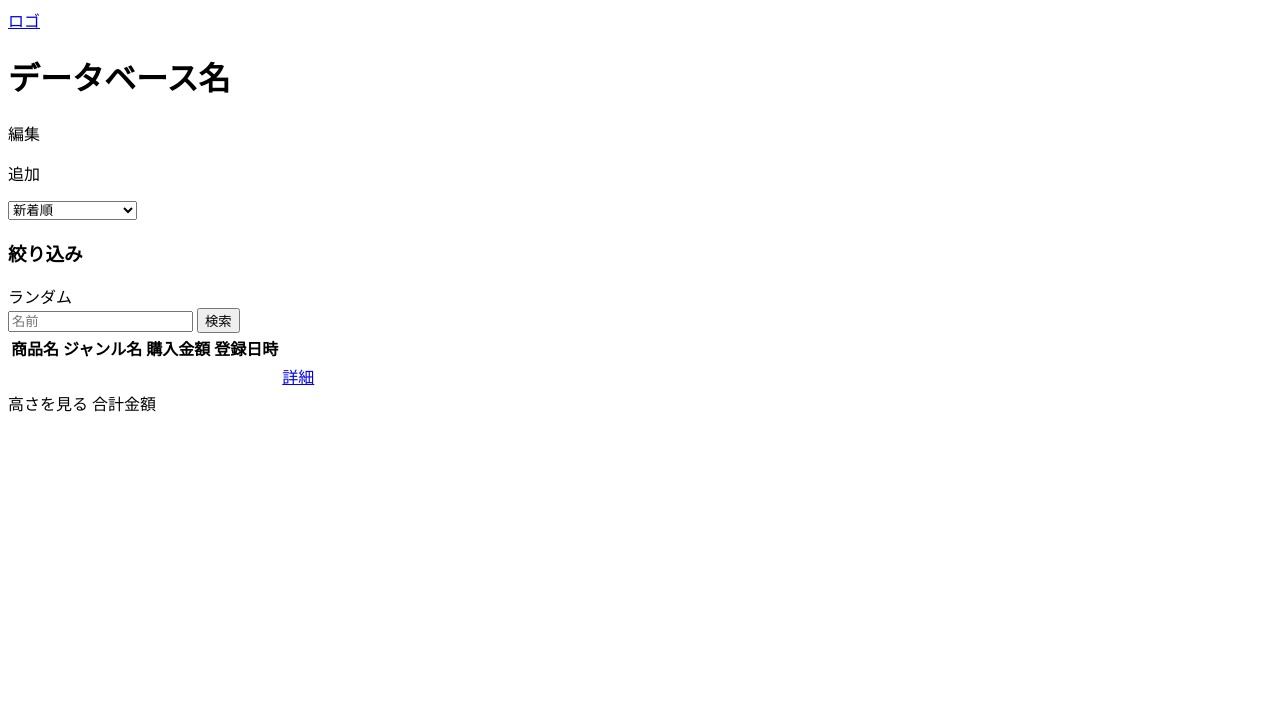
Repository: masa1228ew/original
Page: http://localhost/data/index
The author's editor kept a copy of each file at every save. The page is drawn from the files as they stood at one save, then again after the next save.
The browser window is 1280 px wide. The pictures show the whole page.
The page is this project's Thymeleaf template; nobody is signed in. The template is opened directly, without the code that normally fills it, so the values that code supplies are empty.

Above is the page before, as saved 2025-01-15 01:50:09.

After the next save:
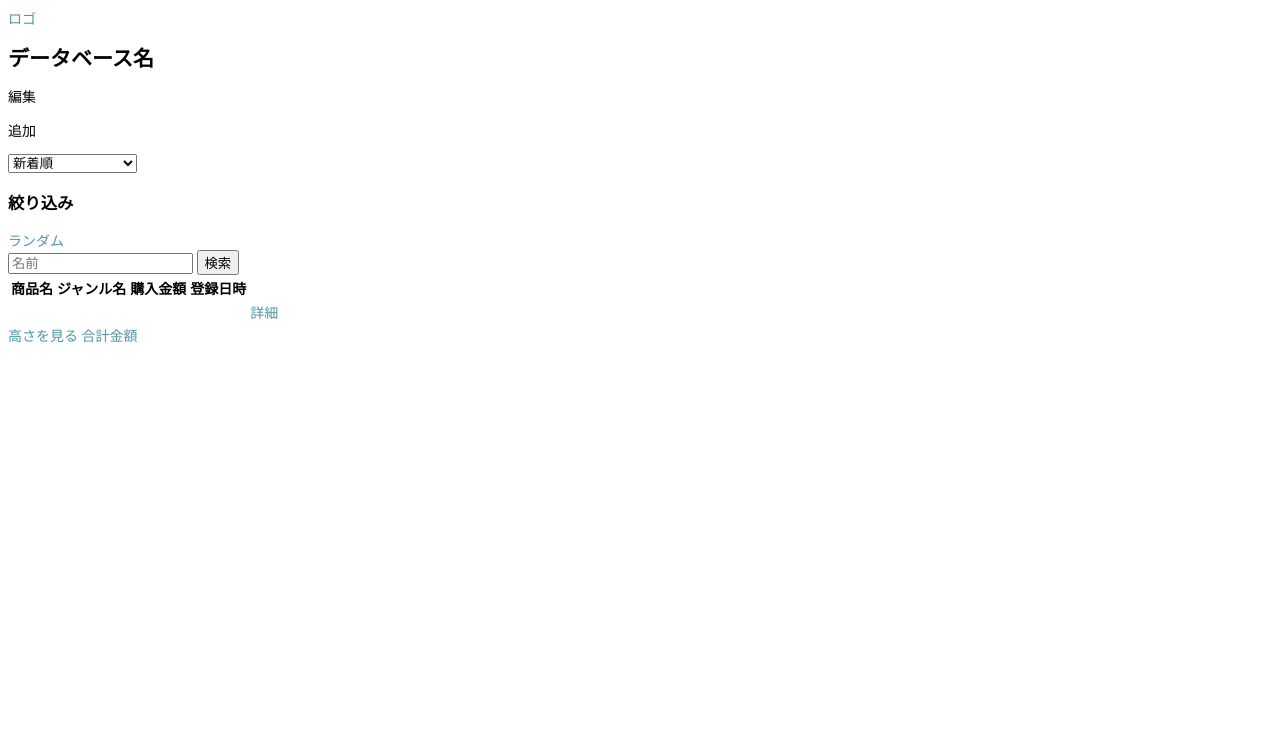
Saved 6 s later.
--- a/original/original/src/main/resources/templates/data/index.html
+++ b/original/original/src/main/resources/templates/data/index.html
@@ -4,6 +4,7 @@
 <!--		  <div th:replace="~{fragment :: meta}"></div>   -->
  <meta charset="UTF-8">
        <meta name="viewport" content="width=device-width, initial-scale=1">
+           <link th:href="@{/css/style.css}" rel="stylesheet" >
 		<title>データベース</title>
 	</head>
 
